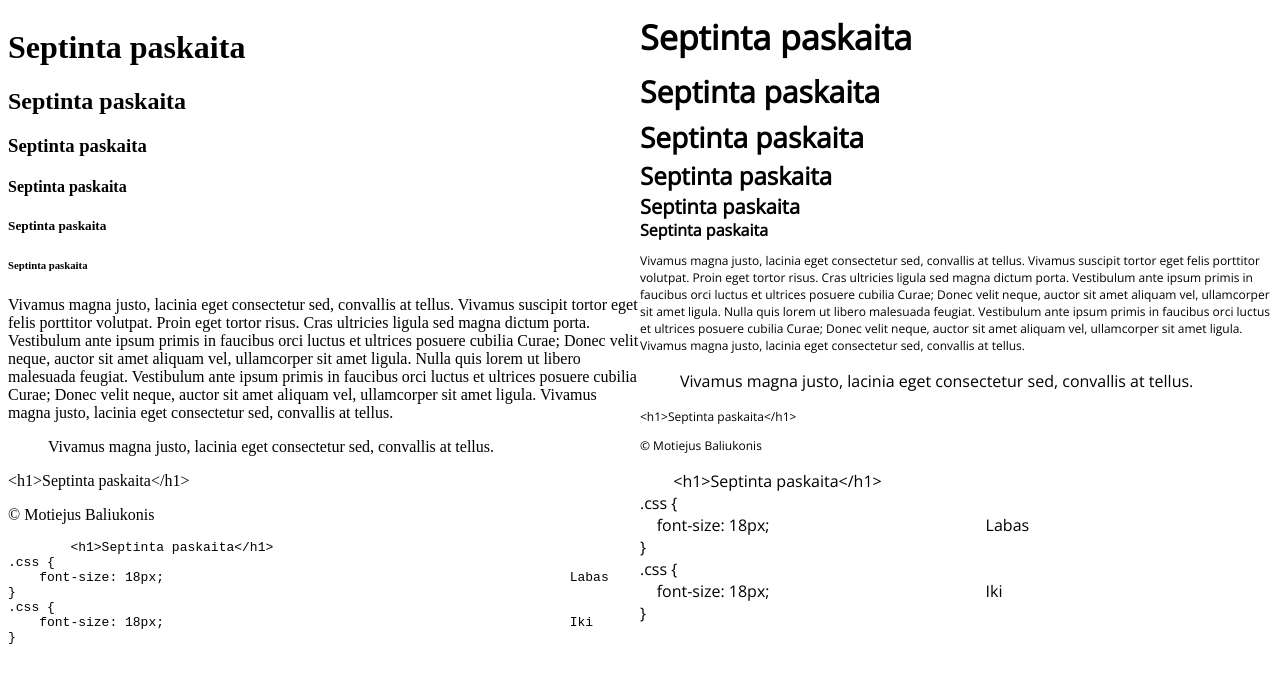
Repository: motiejus1/07-paskaita-05.31
Page: index.html
These files come from the project's save history. The page is drawn as it stood at one moment and after the next save; the edit follows.
The browser window is 1280 px wide. The pictures show the whole page.

Above is the page before, as saved 2021-06-10 20:09:42.

After the next save:
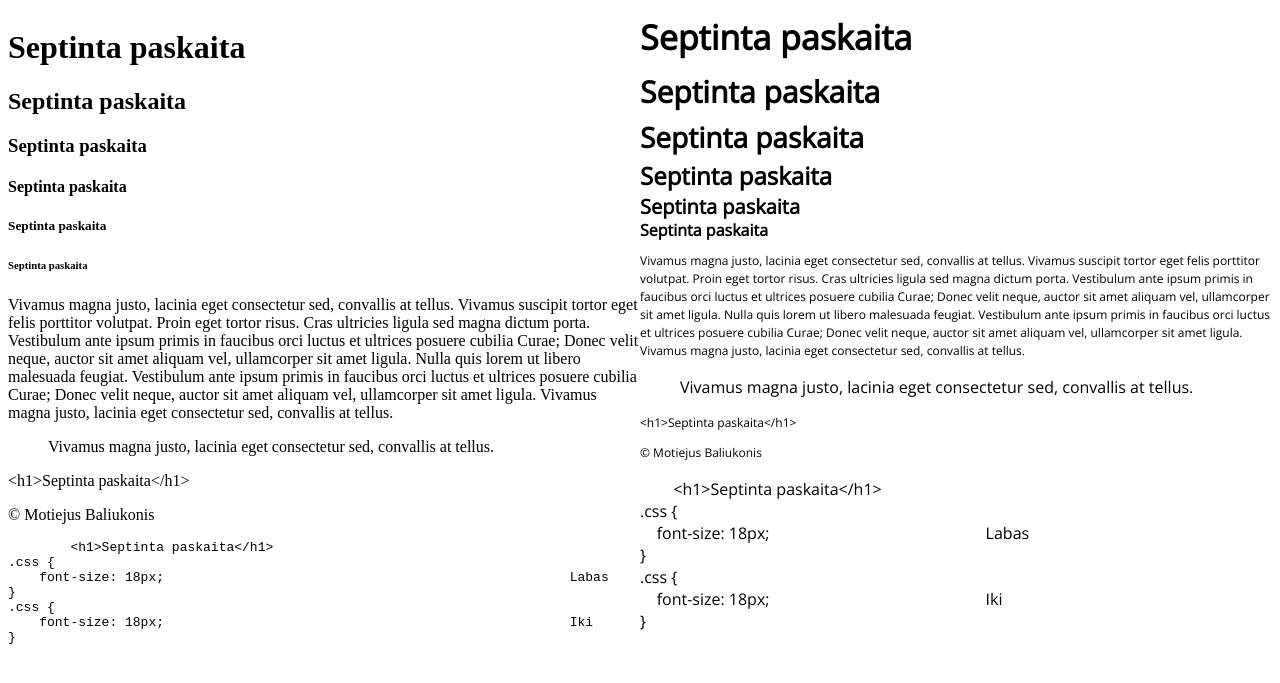
Saved 6 s later.
--- a/index.html
+++ b/index.html
@@ -64,7 +64,7 @@
 
         .right p {
             font-size: 12px;
-            line-height: ;
+            line-height: 1.5;
         }
 
     </style>
